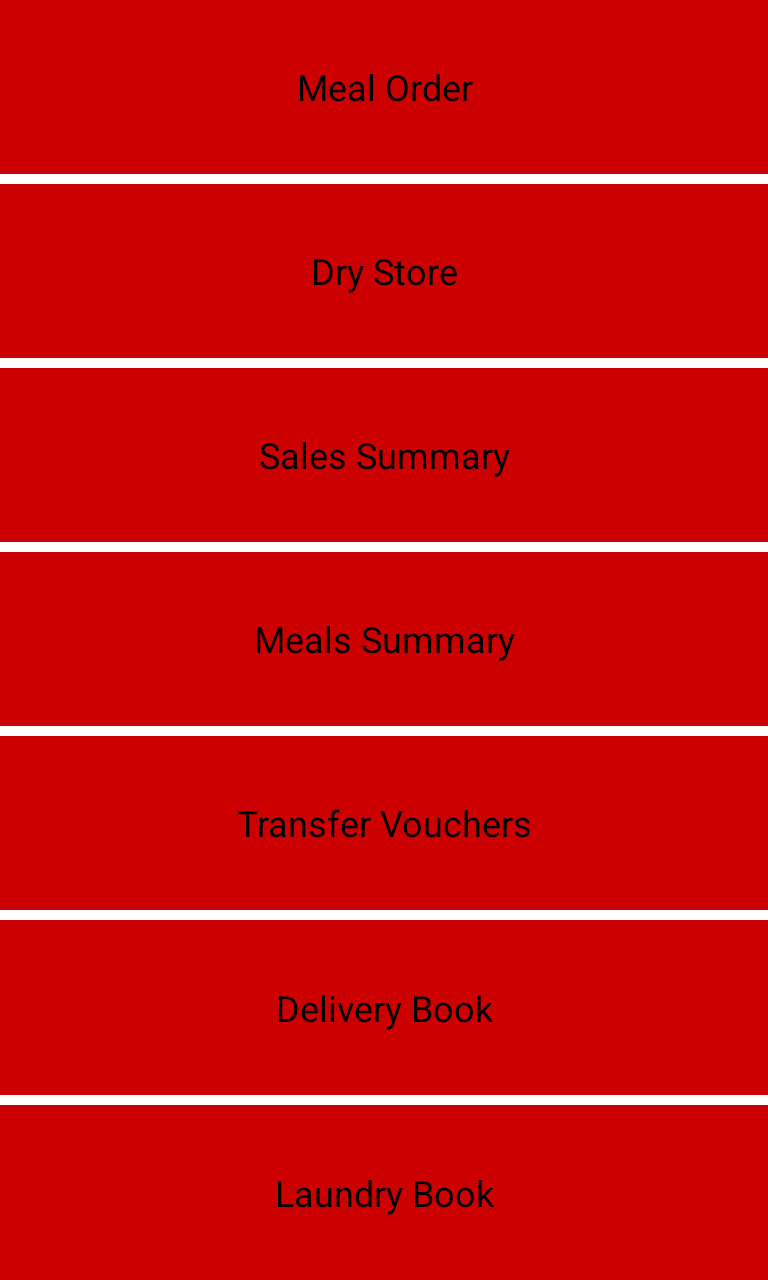
Repository: erwasambo/greendevelopment
Layout: GreenDevelopment/NASCuisine/res/layout/admindash.xml
These files come from the project's save history. The layout is drawn as it stood at one moment and after the next save; the edit follows.
It is drawn on a 768 x 1280 px phone screen (xhdpi) without system bars, with theme AppTheme; the app's code is not run.

Above is the layout before, as saved 2013-12-03 04:12:14.

### GreenDevelopment/NASCuisine/res/layout/admindash.xml
<?xml version="1.0" encoding="utf-8"?>
<LinearLayout xmlns:android="http://schemas.android.com/apk/res/android"
    android:layout_width="match_parent"
    android:layout_height="match_parent"
    android:orientation="vertical" >

    <Button
        android:id="@+id/btnMealord"
        android:layout_width="match_parent"
        android:layout_height="0dp"
        android:layout_weight="1"
        android:background="@color/purple"
        android:text="@string/mealord" />

    <Button
        android:id="@+id/btnDryStore"
        android:layout_width="match_parent"
        android:layout_height="0dp"
        android:layout_weight="1"
        android:background="@color/purple"
        android:layout_marginTop="5dp"
        android:text="@string/drystore" />

    <Button
        android:id="@+id/btnsalessum"
        android:layout_width="match_parent"
        android:layout_height="0dp"
        android:layout_weight="1"
        android:background="@color/purple"
        android:layout_marginTop="5dp"
        android:text="@string/salessummary" />

    <Button
        android:id="@+id/btnmealsum"
        android:layout_width="match_parent"
        android:layout_height="0dp"
        android:layout_weight="1"
        android:background="@color/purple"
        android:layout_marginTop="5dp"
        android:text="@string/mealsum" />

    <Button
        android:id="@+id/btnTransferVoc"
        android:layout_width="match_parent"
        android:layout_height="0dp"
        android:layout_weight="1"
        android:background="@color/purple"
        android:layout_marginTop="5dp"
        android:text="@string/transf" />

    <Button
        android:id="@+id/btndeliv"
        android:layout_width="match_parent"
        android:layout_height="0dp"
        android:layout_weight="1"
        android:background="@color/purple"
        android:layout_marginTop="5dp"
        android:text="@string/delivbook" />

    <Button
        android:id="@+id/btnLaund"
        android:layout_width="match_parent"
        android:layout_height="0dp"
        android:layout_weight="1"
        android:background="@color/purple"
        android:layout_marginTop="5dp"
        android:text="@string/laundbook" />

</LinearLayout>

### GreenDevelopment/NASCuisine/res/values/colors.xml
<?xml version="1.0" encoding="utf-8"?>

<!--
  ~ Copyright 2013 Chris Banes
  ~
  ~ Licensed under the Apache License, Version 2.0 (the "License");
  ~ you may not use this file except in compliance with the License.
  ~ You may obtain a copy of the License at
  ~
  ~     http://www.apache.org/licenses/LICENSE-2.0
  ~
  ~ Unless required by applicable law or agreed to in writing, software
  ~ distributed under the License is distributed on an "AS IS" BASIS,
  ~ WITHOUT WARRANTIES OR CONDITIONS OF ANY KIND, either express or implied.
  ~ See the License for the specific language governing permissions and
  ~ limitations under the License.
  <color name="black">#FF000000</color>
  -->

<resources>
     <color name="white">#FFFFFF</color>
	 <color name="canvas">#CC0000</color>
		<color name="bar">#CC0000</color>
     <color name="black">#FF000000</color>
     <color name="purple">#CC0000</color>
    <color name="holo_dark_green">@color/purple</color>
	<color name="default_progress_bar_color">@color/white</color>
	 <color name="abs__background_holo_dark">@color/purple</color>
    <color name="abs__background_holo_light">@color/purple</color>
    <color name="abs__bright_foreground_holo_dark">@color/purple</color>
    <color name="abs__bright_foreground_holo_light">@color/purple</color>
    <color name="abs__bright_foreground_disabled_holo_dark">@color/purple</color>
    <color name="abs__bright_foreground_disabled_holo_light">@color/purple</color>
</resources>

### GreenDevelopment/NASCuisine/res/values/strings.xml
<?xml version="1.0" encoding="utf-8"?>
<resources>

    <string name="app_name">NAS Cuisine</string>
     <string name="app_namelogin">NAS Cuisine - Log in</string>




    <string name="action_settings">Settings</string>
    <string name="activity_scrollview">ScrollView</string>
    <string name="activity_listview">ListView</string>
    <string name="activity_gridview">GridView</string>
    <string name="activity_webview">WebView</string>
    <string name="activity_fragment_tabs">Fragments + Tabs</string>
    <string name="activity_fragment_tabs_vp">Fragments + Tabs + ViewPager</string>
    <string name="pref_title_stick_container">Stick layer to</string>
    <string name="pref_title_show_shadow">Show shadow</string>
    <string name="pref_title_show_offset">Closed offset</string>
    <string name="open_button_container">Open</string>
    <string name="close_button_container">Close</string>
	<string name="title_activity_main">PayPal Access</string>
    <string name="title_activity_login">Login</string>
    <string name="btn_login">Login with PayPal</string>
    <string name="progress_loading_title">Loading&#8320;</string>
    <string name="progress_loading_msg">Login is possible in a few seconds</string>
    <string name="toast_login_ok">Logged in</string>
    <string name="toast_login_failed">Login failed</string>
    <string name="login_description">This enables the user to use his PayPal credentials to login. Thus he doesn\'t have to create yet another account and remember yet another password.</string>
	<string name="login_oauth">OAuth 2.0</string>
	<string name="login_openid">OpenID</string>

    <string name="swipe_label">Swipe!</string>
    <string name="swipe_left_label">Swipe left!</string>
    <string name="swipe_right_label">Swipe right!</string>
    <string name="swipe_up_label">Swipe up!</string>
    <string name="swipe_down_label">Swipe down!</string>

    <string name="label_right">Right</string>
    <string name="label_left">Left</string>
    <string name="label_middle">Middle</string>
    <string name="label_top">Top</string>
    <string name="label_bottom">Bottom</string>

    <string name="not_applicable">n/a</string>

    <string-array name="pref_list_titles">
        <item>@string/label_right</item>
        <item>@string/label_middle</item>
        <item>@string/label_left</item>
        <item>@string/label_top</item>
        <item>@string/label_bottom</item>
    </string-array>
    <string-array name="pref_list_values">
        <item>right</item>
        <item>middle</item>
        <item>left</item>
        <item>top</item>
        <item>bottom</item>
    </string-array>

    <string name="pref_go">Go!</string>

    <string name="no_media_warning">Storage Media not present</string>
    <string name="no_media_hint">Sharing the storage media with a PC can make it inaccessible</string>
    <string name="open_failed">Unable to open document</string>
    <string name="cancel">Cancel</string>
    <string name="search_backwards">Search backwards</string>
    <string name="search_forwards">Search forwards</string>
    <string name="search_document">Search document</string>
    <string name="picker_title">NAS Cuisine</string>
    <string name="outline_title">Table of Contents</string>
    <string name="enter_password">Enter Password</string>
    <string name="text_not_found">Text not found</string>
    <string name="searching_">Searching...</string>
    <string name="link_control">Link highlighting and enabling</string>
    <string name="no_further_occurences_found">No further occurences found</string>
    <string name="gen_pdf">Generate pdf</string>
    <string name="view_pdf">View pdf</string>
    <string name="title_activity_main">MainActivity</string>
    <string name="progress_title">Generateing pdf...</string>

    <string name="taliiafrica">Julisha</string>
	<string name="main">Julisha</string>
	<string name="weather">Check Weather</string>
	<string name="rescue">Emergency Rescue</string>
	<string name="exit">Exit</string>
	<string name="srtsail">Begin Sailing</string>
	<string name="stpsail">End Sailing</string>
	<string name="chkmap">Check Map</string>
	<string name="sets">Settings</string>
	<string name="vsltype">Vessel Type:</string>
	<string name="vid">Vessel Id:</string>
	<string name="vslname">Vessel Name:</string>
	<string name="wtrbody">Water Body:</string>
	<string name="desc">General Description:</string>
	<string name="sv">Save</string>
	<string name="lgout">Logout</string>
	<string name="sail">Sailing</string>
	<string name="myacc">My Account</string>
	<string name="date">Date:</string>
	<string name="time">Time:</string>
	<string name="initloc">Initial Location:</string>
	<string name="Destination">Destination:</string>
	<string name="onboard">Number Onboard:</string>
	<string name="act">Activity:</string>
	<string name="bgnSail">Begin Sailing</string>
	<string name="currLoc">Current Location:</string>
	<string name="endsail">End Sailing</string>
	<string name="prevloc">Previous Location</string>
	<string name="desc2">Image2</string>
	<string name="login">Login</string>
	<string name="email">Email:</string>
	<string name="password">Password:</string>
	<string name="newtojulisharegister">New to Julisha? Register here</string>
	<string name="registeracc">Register New Account</string>
	<string name="fullname">Full Name</string>
	<string name="logout">Logout</string>
	<string name="briefdesc">Brief Description:</string>
	<string name="safe">Safe</string>
	<string name="minor">Minor Problem</string>
	<string name="danger">Danger</string>
	<string name="xtremedanger">Extreme Danger</string>
	<string name="signup">Sign up</string>
	<string name="donthaveacc">Don\'t have an account yet? </string>
	<string name="forgotpwd">Forgot Password</string>
	<string name="firstname">First Name</string>
	<string name="othernames">Other Names</string>
	<string name="staffno">Staff Number</string>
	<string name="cnfpassword">Confirm Password</string>
	<string name="iagree">I agree to</string>
	<string name="termsofuse">terms ofuse</string>
	<string name="perosnstoserve">Please select persons to serve</string>
	<string name="patients">Patients</string>
	<string name="func">Function</string>
	<string name="hospstaff">Hospital Staff</string>
	<string name="admin">Admin</string>
	<string name="mealord">Meal Order</string>
	<string name="drystore">Dry Store</string>
	<string name="salessummary">Sales Summary</string>
	<string name="mealsum">Meals Summary</string>
	<string name="transf">Transfer Vouchers</string>
	<string name="delivbook">Delivery Book</string>
	<string name="laundbook">Laundry Book</string>




</resources>

Loaded but not shown: GreenDevelopment/NASCuisine/res/values/styles.xml (common file); GreenDevelopment/NASCuisine/res/values-v11/styles.xml (common file); GreenDevelopment/NASCuisine/res/values-v14/styles.xml (common file)

After the next save:
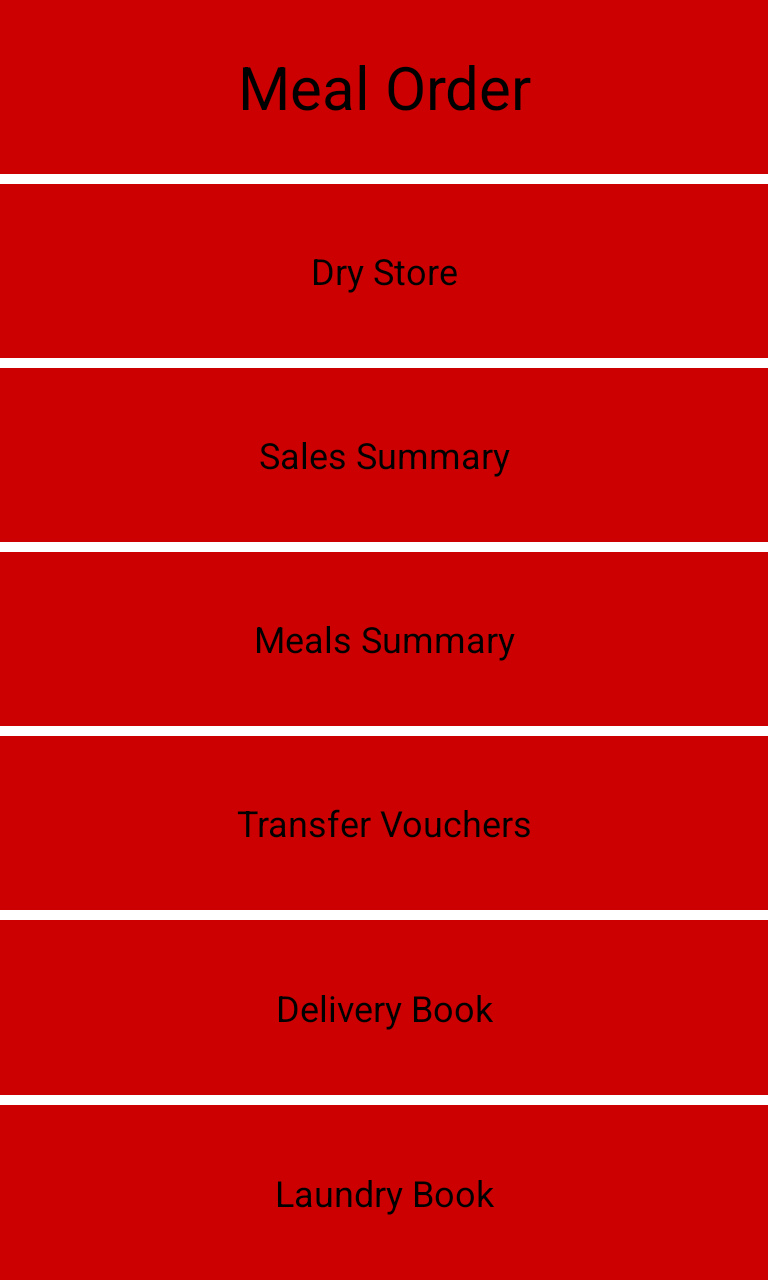
Saved 2 min 7 s later.
--- a/GreenDevelopment/NASCuisine/res/layout/admindash.xml
+++ b/GreenDevelopment/NASCuisine/res/layout/admindash.xml
@@ -10,7 +10,8 @@
         android:layout_height="0dp"
         android:layout_weight="1"
         android:background="@color/purple"
-        android:text="@string/mealord" />
+        android:text="@string/mealord"
+        android:textSize="30dp" />
 
     <Button
         android:id="@+id/btnDryStore"
